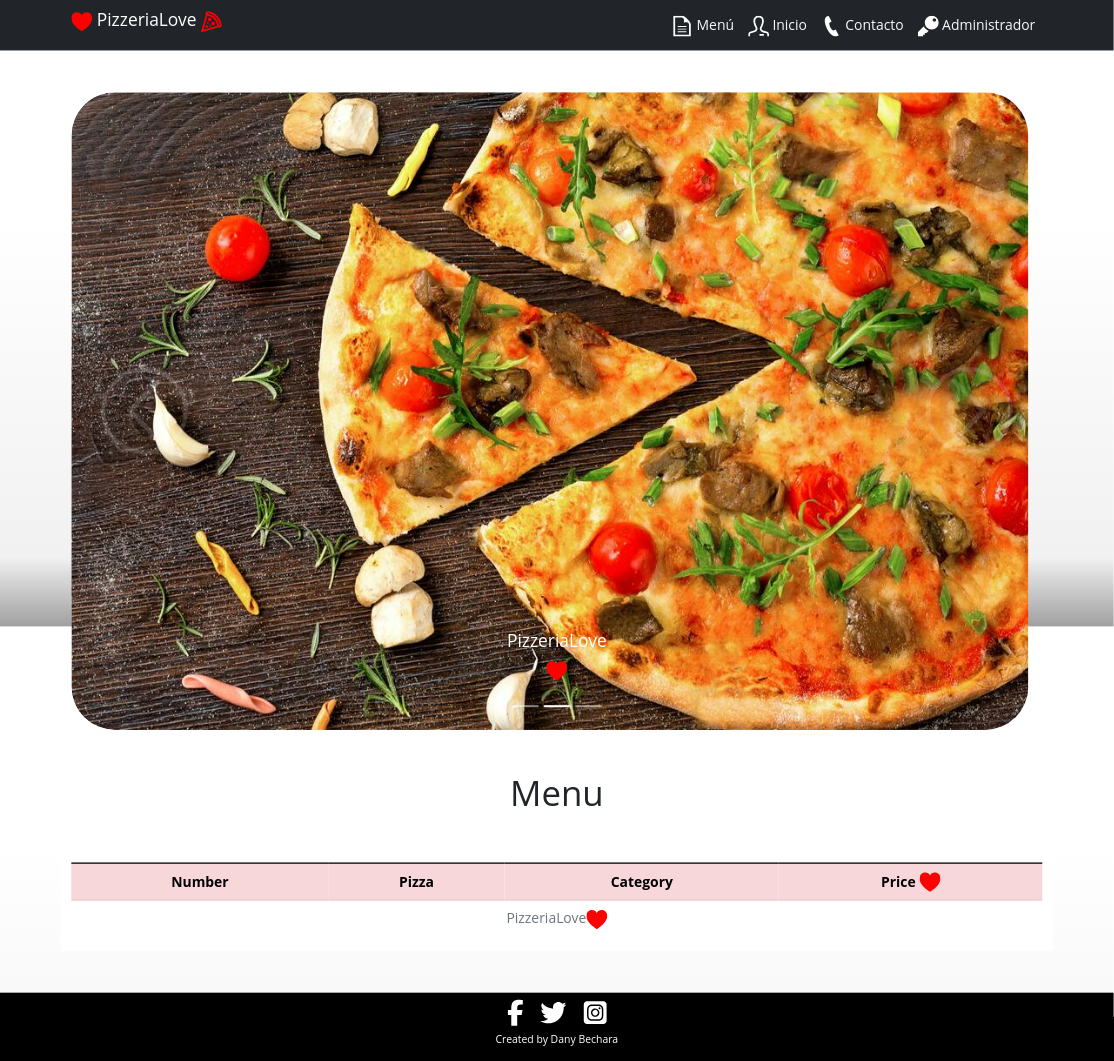
Repository: bechara611/PizzeriaLove
Page: /
The author's editor kept a copy of each file at every save. The page is drawn from the files as they stood at one save, then again after the next save.
The browser window is 1280 px wide. The pictures show the whole page, at 87% of full size.
The page's requests for data from a server got no answer. Backgrounds fixed to the window are drawn as part of the page. The project was rebuilt for these pictures with package versions that can differ from the ones it lists, and the page was loaded fresh each time. No one was signed in, and anything a server would have sent is missing. Also part of the build but not shown: src/App.css, src/App.js, src/Componentes/FormularioAgregarMenu.css, src/Elementos/Alerta.js, src/Componentes/FormularioAgregarMenu.js.

Above is the page before, as saved 2022-02-23 08:44:47.

### src/index.js
import React,{useState} from 'react';
import ReactDOM from 'react-dom';
import './index.css';
import 'bootstrap/dist/css/bootstrap.css'
import 'bootstrap/dist/js/bootstrap.bundle.min';
import Header from './Componentes/Header';
import {BrowserRouter,Route, Routes,NavLink} from 'react-router-dom'
import {App,App2} from './App';
import WebFont from 'webfontloader'
import './index.css'
import Carousel from './Componentes/Carousel';
import Menu from './Componentes/Menu';
import Footer from './Componentes/Footer';
import { FormularioAgregarMenu } from './Componentes/FormularioAgregarMenu';

WebFont.load({
  google: {
    families: ['Open Sans:400,500,700', 'Sans-serif']
  }
});

const Index = () => {
  const [administrador,cambiaradministrador]=useState(false);
  return (
  <BrowserRouter>
     <Header administrador={administrador} cambiaradministrador={cambiaradministrador}></Header>
   <Carousel></Carousel>

    <Routes>
    <Route path='/' element={<Menu borrar={false} />} ></Route>
    <Route path='/administrador' element={<FormularioAgregarMenu />} ></Route>
    <Route path='/inicio' element={<Menu borrar={false} />} ></Route>
    </Routes>
    <Footer></Footer>
    </BrowserRouter>
    );
}


ReactDOM.render(

  <Index />,
  document.getElementById('root')
);

### src/index.css
* {
  margin: 0;
  font-family:'Open Sans';
  /* Permalink - use to edit and share this gradient: https://colorzilla.com/gradient-editor/#ffffff+0,ffffff+100&1+0,0+100;White+to+Transparent */



}


body
{
  background: rgb(255,255,255);
  background: linear-gradient(180deg, rgba(255,255,255,1) 0%, rgba(255,255,255,1) 35%, rgba(242,241,241,1) 89%, rgba(10,10,10,0.38699229691876746) 100%);

  background-attachment:fixed;
}

### src/Componentes/Header.js
import {NavLink} from 'react-router-dom'
import styled from 'styled-components';
import { BotonTipoNavLink,BotonTipoNavLinkA } from '../Elementos/BotonTipoNavLink';
import {Pizza2,Administrador2,Inicio2,Menu2,Contacto2,Heart2}from '../Elementos/ImagenesSVG';
import {App,App2} from './../App';
import './Header.css'


const Header = ({cambiaradministrador},{administrador}) => {
    let url1,urladmin;
    url1="/inicio";
    urladmin='/administrador'
      return (
        <>

        <nav className="navbar navbar-expand-sm navbar-dark bg-dark  header_nav">
        <div className="container contenedor1 ">
        <div className='hijo1_header'>
         <BotonTipoNavLink to={url1} className="navbar-brand"> <Heart2 / > PizzeriaLove <Pizza2></Pizza2></BotonTipoNavLink>



        </div>
      <div className='hijo2_header'>
        <button
        className="navbar-toggler mt-2"
        type="button"
        data-bs-toggle="collapse"
        data-bs-target="#menu"
        aria-controls="menu"
        aria-expanded="false"
        aria-label="Mostrar / Ocultar Menu"
      >
        <span className="navbar-toggler-icon"></span>
      </button>

      <div className="collapse navbar-collapse" id="menu">
      <ul className="navbar-nav me-auto mb-2 mb-lg-0 header_menu">
      <li className="nav-item opcion"><a href="#menuu" className="nav-link text-light  opcion"><Menu2></Menu2> Menú</a></li>
        <li className="nav-item"><BotonTipoNavLinkA to={url1} className="nav-link text-light"><Inicio2/> Inicio</BotonTipoNavLinkA></li>
        <li className="nav-item"><BotonTipoNavLink to={url1} className="nav-link text-light"> <Contacto2 /> Contacto</BotonTipoNavLink></li>
        <li className="nav-item"><BotonTipoNavLink to={urladmin} className="nav-link text-light"> <Administrador2 /> Administrador</BotonTipoNavLink></li>
      </ul>

    </div>
    </div>
        </div>

      </nav>

      </>
       );
    }

    export default Header;

### src/Componentes/Carousel.js
import { Heart2 } from '../Elementos/ImagenesSVG'
import imagen1 from './../Imagenes/carousel1.jpg'
import imagen2 from './../Imagenes/carousel2.jpg'
import imagen3 from './../Imagenes/carousel3.jpg'
import './Carousel.css'
const Carousel = () => {
    return (

        <>
<section className="main">
  <div className="container">
    <div className="row mt-5">
      <div className="col">
        <div className="carousel slide carousel-fade" id="mi-carousel" data-bs-ride="carousel">
          <div className="carousel-inner">
            <div className="carousel-item active">
            <div className="carousel-caption">
            <h5>PizzeriaLove</h5>
            <p><Heart2></Heart2></p>
          </div>
              <img className="img-fluid" src={imagen1} alt='' />
            </div>

            <div className="carousel-item" data-bs-interval="5000">
              <div className="carousel-caption">
                <h5>PizzeriaLove</h5>
                <p><Heart2></Heart2></p>
              </div>
              <img className="img-fluid" src={imagen2}  alt=''/>
            </div>
            <div className="carousel-item">
            <div className="carousel-caption">
            <h5>PizzeriaLove</h5>
            <p><Heart2></Heart2></p>
          </div>
            <img className="img-fluid" src={imagen3} alt='' />
            </div>
          </div>



          <button
            className="carousel-control-prev botonprev"
            type="button"
            data-bs-target="#mi-carousel"
            data-bs-slide="prev"
          >
            <span className="carousel-control-prev-icon  icono" aria-hidden="true"></span>
            <span className="visually-hidden">Prev</span>
          </button>
          <button
            className="carousel-control-next"
            type="button"
            data-bs-target="#mi-carousel"
            data-bs-slide="next"
          >
            <span className="carousel-control-next-icon icono" aria-hidden="true"></span>
            <span className="visually-hidden">Next</span>
          </button>




          <div className="carousel-indicators">
            <button
              type="button"
              className="active"
              data-bs-target="#mi-carousel"
              data-bs-slide-to="0"
              aria-label="Slide 1"
            ></button>
            <button
              type="button"
              className=""
              data-bs-target="#mi-carousel"
              data-bs-slide-to="1"
              aria-label="Slide 2"
            ></button>
            <button
              type="button"
              className=""
              data-bs-target="#mi-carousel"
              data-bs-slide-to="2"
              aria-label="Slide 3"
            ></button>
          </div>
        </div>
      </div>
    </div>
  </div>

</section>


        </>
     );
}

export default Carousel;

### src/Componentes/Menu.js
import React from 'react'
import { Heart2, Trash2 } from '../Elementos/ImagenesSVG';
import { db } from '../Firebase/FirebaseConfig';
import './Menu.css'
import useObtenerMenu from '../Hooks/useObtenerMenu';
import BorrarDocumento from '../Firebase/Borrar';

const Menu = ({borrar}) => {
   const [platos,cambiarplatos]=useObtenerMenu();


    return (
        <>
        <div className="container contenedor-tabla">
        <div className="row my-5">

        <div className="col titulo">
        {borrar===true ?   <h1 className=''>Admin, you can delete a plate here:</h1> :    <h1 className=''>Menu</h1>}

        </div>
        </div>
            <div className="row my-5">

             <div className="table-responsive " id='menuu'>
            <table className="table table-hover table" >
            <caption className='captionMenu'>PizzeriaLove<Heart2></Heart2></caption>
             <thead>
             <tr className={borrar===true?'table-success' : 'table-danger'}>
             <th>Number</th>
             <th>Pizza</th>
             <th>Category </th>
             <th>Price <Heart2></Heart2> </th>
             </tr>
             </thead>
             <tbody>
             {
                 platos.map((plato,index)=>{
                     return <React.Fragment key={index}>
                     <tr onClick={()=>{


                     }} >
                     <td>{index +1}</td>
                     <td>{plato.plato}</td>
                     <td>{plato.categorias}</td>
                     {borrar===true ?    <td>{plato.precio}$  <Trash2 onClick={()=>{
                        if (borrar===true) {
                            BorrarDocumento(plato.id)
                         }
                     }}></Trash2> </td> : <td>{plato.precio}</td> }

                     </tr>
                     </React.Fragment>
                 })
             }
             </tbody>
             </table>
            </div>


            </div>
        </div>

        </>

        )

}

export  default Menu;

### src/Componentes/Footer.js
import styled from "styled-components";
import './Footer.css'
import { FontAwesomeIcon } from '@fortawesome/react-fontawesome'
import { faCoffee } from '@fortawesome/free-solid-svg-icons'
import {  faFacebookF,faInstagramSquare,faTwitter } from '@fortawesome/free-brands-svg-icons';
import useObtenerMenu from "../Hooks/useObtenerMenu";


const Footer = () => {
    let face='https://www.facebook.com';
    let insta='https://www.instagram.com';
    let twitter='https://www.twitter.com';
    let nuevaPestana="_blank"

    return (
        <>
        <div className="container-fluid " >
        <div className="row fila">
        <footer className="col-12 footer">
        <a href={face} target={nuevaPestana} className='face'><FontAwesomeIcon icon={faFacebookF}/></a>
        <a href={twitter} target={nuevaPestana} className='twitter'><FontAwesomeIcon icon={faTwitter}/></a>
        <a href={insta} target={nuevaPestana} className='instagram'><FontAwesomeIcon icon={faInstagramSquare}/></a>

        </footer>
        <p className="col-12">Created by Dany Bechara</p>
        </div>
        </div>
        </>
     );
}

export default Footer;

### src/Elementos/BotonTipoNavLink.js
import styled from "styled-components"
import { NavLink } from "react-router-dom"
    const BotonTipoNavLink = styled(NavLink)`
    &:hover
    {
      text-decoration: underline;
      color: black;
    }
    `

    const BotonTipoNavLinkA=styled(BotonTipoNavLink)`
    text-decoration: none;
      color: black;
      cursor:pointer;
    `
    export {BotonTipoNavLink,BotonTipoNavLinkA}

### src/Elementos/ImagenesSVG.js
import styledComponents from 'styled-components';
import {ReactComponent as Pizza} from './../Imagenes/Pizza.svg'
import {ReactComponent as Inicio} from './../Imagenes/Inicio.svg'
import {ReactComponent as Menu} from './../Imagenes/Menu.svg'
import {ReactComponent as Administrador} from './../Imagenes/Administrador.svg'
import {ReactComponent as Contacto} from './../Imagenes/Contacto.svg'
import {ReactComponent as Heart} from './../Imagenes/Heart.svg'
import {ReactComponent as Trash} from './../Imagenes/Trash.svg'
const Pizza2 = styledComponents(Pizza)`
font-size:10px;
z-index: 1;
color:white;
fill:red;

`;
const Inicio2 = styledComponents(Inicio)`
font-size:10px;
z-index: 1;
color:white;
fill:white;

`;
const Menu2 = styledComponents(Menu)`
font-size:10px;
z-index: 1;
color:white;
fill:white;

`;
const Administrador2 = styledComponents(Administrador)`
font-size:10px;
z-index: 1;
color:white;
fill:white;

`;

const Contacto2 = styledComponents(Contacto)`
font-size:10px;
z-index: 1;
color:white;
fill:white;

`;

const Heart2 = styledComponents(Heart)`
font-size:10px;
z-index: 1;
color:white;
fill:red;

`;

const Trash2=styledComponents(Trash)`
fill:blue;
cursor:pointer;
`

export {Pizza2,Administrador2,Inicio2,Menu2, Contacto2,Heart2,Trash2}

### src/Componentes/Header.css

*{
   box-sizing: border-box;
   margin: 0;
   padding: 0;


}
.header_nav2
{
    /* margin-top: -8px; */
    background: -moz-linear-gradient(top,  rgba(211,126,128,1) 0%, rgba(146,171,207,0) 76%, rgba(134,179,222,0) 90%, rgba(125,185,232,0) 100%); /* FF3.6-15 */
background: -webkit-linear-gradient(top,  rgba(211,126,128,1) 0%,rgba(146,171,207,0) 76%,rgba(134,179,222,0) 90%,rgba(125,185,232,0) 100%); /* Chrome10-25,Safari5.1-6 */
background: linear-gradient(to bottom,  rgba(211,126,128,1) 0%,rgba(146,171,207,0) 76%,rgba(134,179,222,0) 90%,rgba(125,185,232,0) 100%); /* W3C, IE10+, FF16+, Chrome26+, Opera12+, Safari7+ */
filter: progid:DXImageTransform.Microsoft.gradient( startColorstr='#d37e80', endColorstr='#007db9e8',GradientType=0 ); /* IE6-9 */


}
body
{
    /* background: url(./../Imagenes/textura.png);
	background-repeat: repeat;
	background-attachment: fixed; */
}

.nav
{


}

.contenedor12
{

    /* min-height: 300px;  */
}

.hijo1_header
{
    align-self: start;
    /* margin-top: 2%; */

}
.hijo2_header
{
    /* margin-top: 2%; */
    align-self: start;
}
.header_menu
{

}

.opcion
{
text-decoration: dotted;
display: inline-block;
opacity: 1;

}



.opcion:hover
{
    text-decoration: underline;
}

.opcion:link
{
color: green;
}

### src/Componentes/Carousel.css
.carousel-inner{border-radius: 50px;}
.carousel-item{border-radius: 50px;}
.img-fluid{border-radius: 50px;}
.icono {
    height: 100px;
    width: 100px;

      /*shape border*/
      border: 5px solid white;
      border-radius: 50%; /*zero for square */
      opacity: 0.3;
      /*symbol */
      color: BLACK;



}
.icono:hover{opacity: 1;}

### src/Firebase/FirebaseConfig.js
import { initializeApp } from "firebase/app";
import { getAnalytics } from "firebase/analytics";
import { getFirestore } from "firebase/firestore";
import { getAuth, createUserWithEmailAndPassword } from "firebase/auth";

const firebaseConfig2 = {
    apiKey: "AIzaSyDhYuWK_8Uy4S-BtkFmFfityIjQnt4M3Is",
    authDomain: "pizzerialove-00.firebaseapp.com",
    projectId: "pizzerialove-00",
    storageBucket: "pizzerialove-00.appspot.com",
    messagingSenderId: "356504995914",
    appId: "1:356504995914:web:c5fee404edbf5f32affeb3",
    measurementId: "G-CK1N9HMEKD"
  };


    const firebaseConfig = {
      apiKey:process.env.REACT_APP_FIREBASE_API_KEY,
      authDomain:process.env.REACT_APP_FIREBASE_AUTH_DOMAIN,
      projectId:process.env.REACT_APP_FIREBASE_PROJECT_ID,
      storageBucket:process.env.REACT_APP_FIREBASE_STORAGE_BUCKET,
      messagingSenderId:process.env.REACT_APP_FIREBASE_MESSAGING_SENDER_ID,
      appId:process.env.REACT_APP_FIREBASE_APP_ID,
      measurementId:process.env.REACT_APP_FIREBASE_MEASUREMENT_ID
    };



// Initialize Firebase
const app = initializeApp(firebaseConfig);
const analytics = getAnalytics(app);
const db= getFirestore();
const auth=getAuth();

export {app,analytics,db,auth};

### src/Componentes/Menu.css
.captionMenu
{
    text-align: center;
}

.titulo{text-align: center;}

td{text-align: center;}
th{text-align: center;}

.basurita{background: black;}

.contenedor-tabla{background: white;}

### src/Hooks/useObtenerMenu.js
import React,{useEffect,useState} from 'react'
import { db } from '../Firebase/FirebaseConfig';
import { collection,onSnapshot } from 'firebase/firestore';

const useObtenerMenu = () => {
    const [platos,cambiarplatos]=useState([{}])
    useEffect(()=>{

            const FuncionObtenerMenu=onSnapshot(collection(db,'menu'), (snapShot)=>{

               let vectormenu=snapShot.docs.map((documento)=>{
                  // console.log(documento.id)
                    return {...documento.data(),id:documento.id}
                })
              //  console.log(vectormenu);
                cambiarplatos(vectormenu)
            })





          },[])
          return [platos,cambiarplatos]
}

export default useObtenerMenu;

### src/Firebase/Borrar.js
import { db,app } from './FirebaseConfig'
import {doc,deleteDoc, } from 'firebase/firestore'
const BorrarDocumento =async (id) => {
  try {
  await deleteDoc(doc(db,'menu',id));

   } catch (error) {
    console.log(error)
   }

}

export default BorrarDocumento;

### src/Componentes/Footer.css
.footer
{
    display: flex;
    flex-direction: row;
    justify-content: center;

}
.fila
{
    display: flex;
    justify-content: center;
    text-align: center;
    background: black;
    font-size: 12px;
}
.fila p
{

color: white;
}
.footer a{
    text-decoration: none;
font-size: 30px;
display: inline-block;
color: white;
margin: 0 10px;
}
.face:hover{color: blue;}
.twitter:hover{color: lightblue;}
.instagram:hover{color:#fcaf45}

Loaded but not shown: public/index.html (common file)

After the next save:
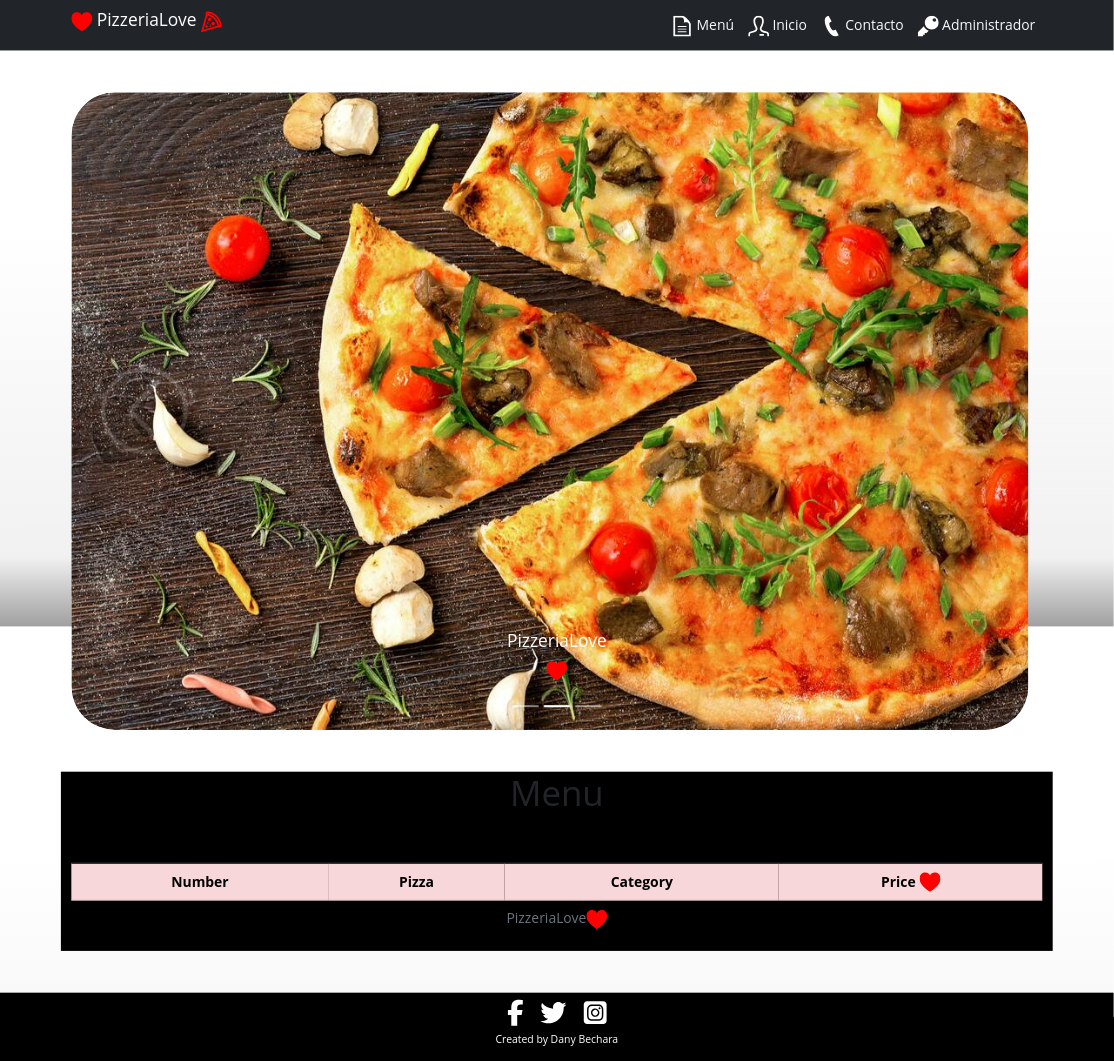
Saved 5 s later.
--- a/src/Componentes/Menu.css
+++ b/src/Componentes/Menu.css
@@ -10,4 +10,4 @@
 
 .basurita{background: black;}
 
-.contenedor-tabla{background: white;}
+.contenedor-tabla{background: black;}

After the save that followed:
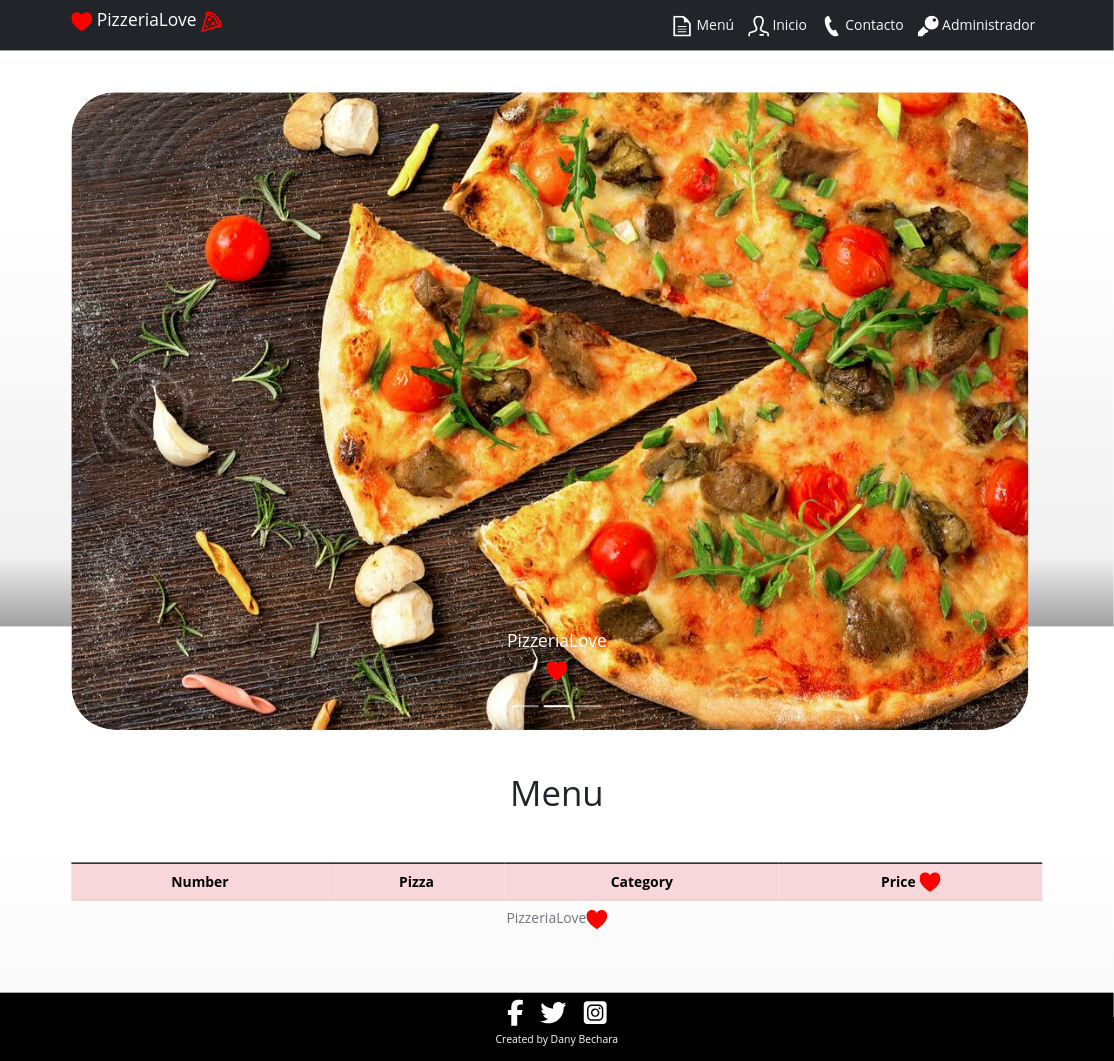
Saved 54 s later.
--- a/src/Componentes/Menu.css
+++ b/src/Componentes/Menu.css
@@ -10,4 +10,4 @@
 
 .basurita{background: black;}
 
-.contenedor-tabla{background: black;}
+.contenedor-tabla{background: image('./Imagenes/Texturas.png');}
